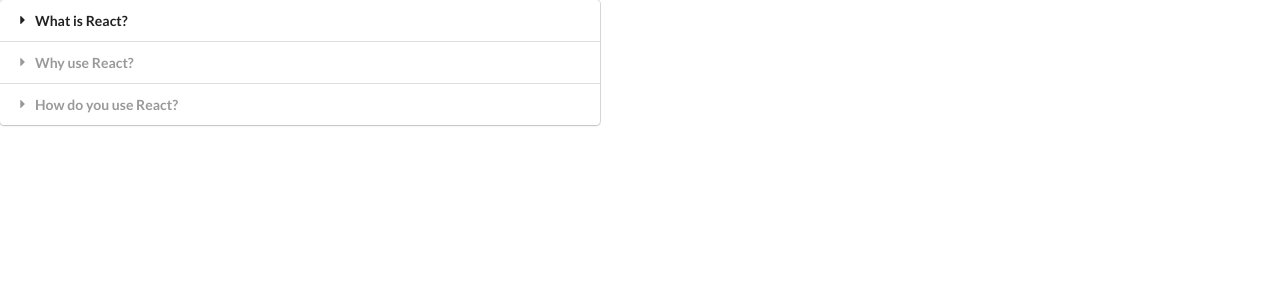
Repository: DaveBaulch/react-course-widgets
Page: /
An editor plug-in stored every save of this project. The page is shown before and after a run of saves, followed by the edit.
The browser window is 1280 px wide. The pictures show the whole page.
The project was rebuilt for these pictures with package versions that can differ from the ones it lists, and the page was loaded fresh each time. Also part of the build but not shown: src/components/Search.js, src/components/Dropdown.js, src/components/Convert.js, src/components/Translate.js.

Above is the page before, as saved 2020-12-07 15:12:02.

After the next 13 saves:
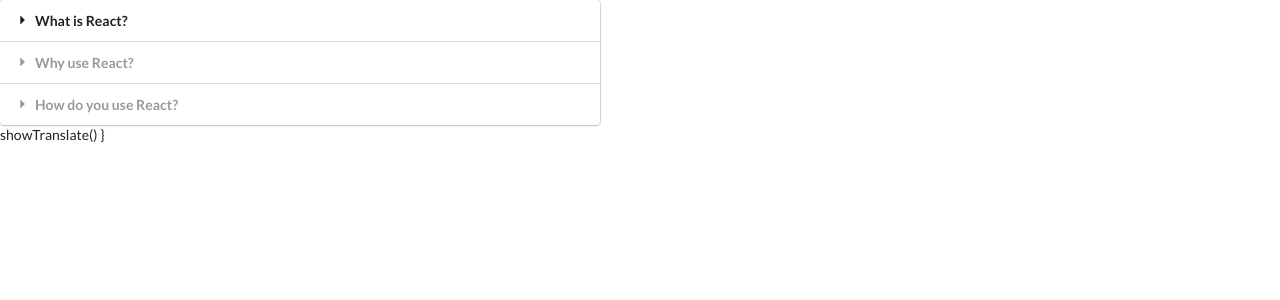
The 13 saves are shown as one change because 3 did not build or start and some came seconds apart.
The last was saved 39 s later.
--- a/src/App.js
+++ b/src/App.js
@@ -59,8 +59,12 @@
 };
 
 export default () => {
-  return <div>{
-    showAccordion()
+  return <div>
+    {showAccordion()}
+    {showList()}
+
+    {showDropdown()}
+    showTranslate()
 
   }</div>;
 };
